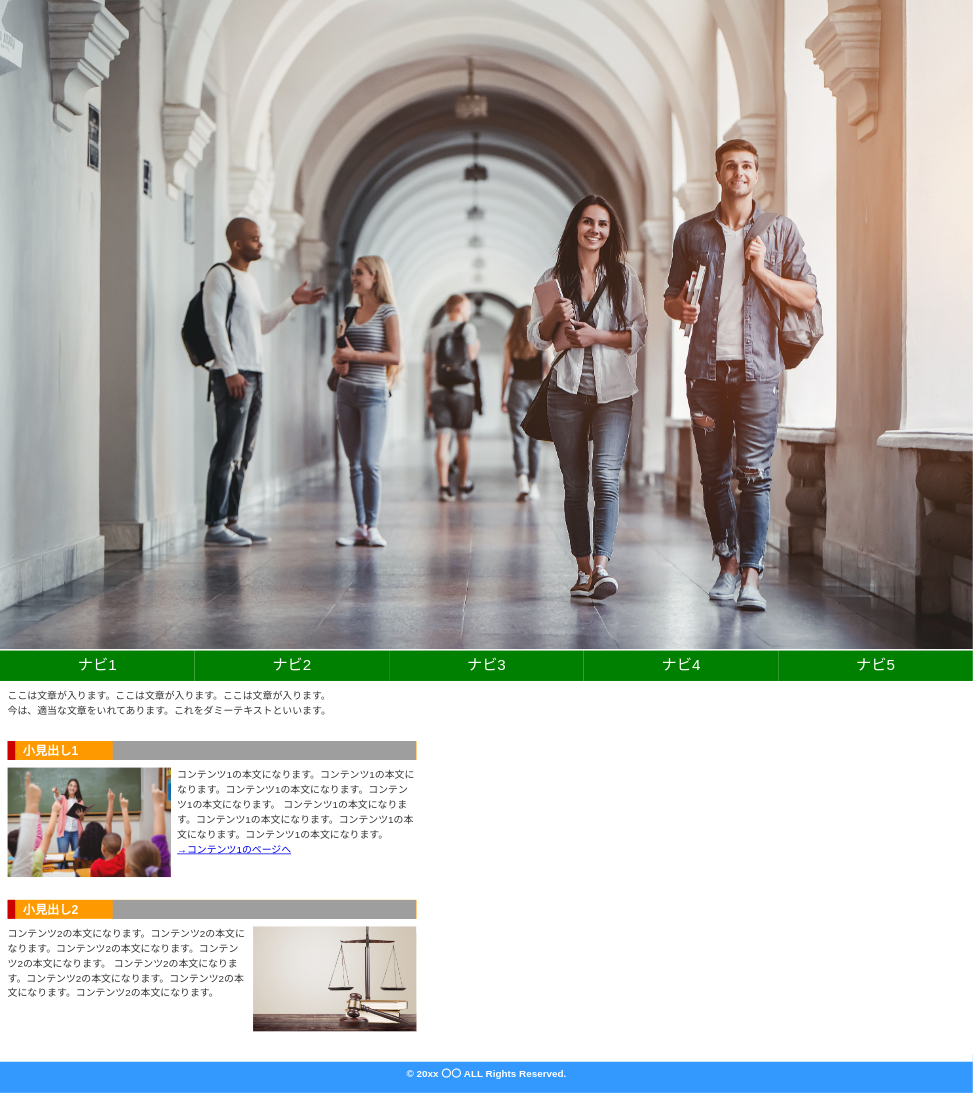
Repository: chiccha-ino/samurai_HTML-CSS
Page: home.html
The author's editor kept a record of every edit. The page is drawn from the files as they stood at one moment, then again after the next edit.
The browser window is 1280 px wide. The pictures show the whole page, at 76% of full size.
Pictures or frames that could not be fetched are drawn as grey boxes.

Above is the page before.

### home.html
<!DOCTYPE html>
<html lang="ja">
    <head>
        <meta charset="UTF-8">
        <title>HTML/CSSの学習</title>
        <link rel="stylesheet" href="stylesheet.css">
    </head>
    <body>
        <div id="header">
            <h1><a href="index.html"><img id="corridor" src="images/corridor.jpg" alt="大学の廊下" /></a></h1>
        </div>
        <div id="wrapper">
            <div id="nav">
                <ul>
                    <li><a href="home.html">ナビ1</a></li>
                    <li><a href="#">ナビ2</a></li>
                    <li><a href="#">ナビ3</a></li>
                    <li><a href="#">ナビ4</a></li>
                    <li><a href="#">ナビ5</a></li>
                </ul>
            </div>
            <div id="container">
                <div id="main">
                    <div class="post">
                        <p>ここは文章が入ります。ここは文章が入ります。ここは文章が入ります。<br />今は、適当な文章をいれてあります。これをダミーテキストといいます。</p>
                    </div>
                    <div class="post clearfix">
                        <h2>小見出し1</h2>
                        <img class="left" src="images/classroom.jpg" alt="授業風景" />
                        <p>
                            コンテンツ1の本文になります。コンテンツ1の本文になります。コンテンツ1の本文になります。コンテンツ1の本文になります。
                            コンテンツ1の本文になります。コンテンツ1の本文になります。コンテンツ1の本文になります。コンテンツ1の本文になります。
                        </p>
                        <p><a href="#">→コンテンツ1のページへ</a></p>
                    </div>
                    <div class="post clearfix">
                        <h2>小見出し2</h2>
                        <img class="right" src="images/scale.jpg" alt="天秤"/>
                        <p>
                            コンテンツ2の本文になります。コンテンツ2の本文になります。コンテンツ2の本文になります。コンテンツ2の本文になります。
                            コンテンツ2の本文になります。コンテンツ2の本文になります。コンテンツ2の本文になります。コンテンツ2の本文になります。
                        </p>
                    </div>

                </div>
            </div>
        </div>
        <div id="fotter">
            <p>&copy; 20xx 〇〇 ALL Rights Reserved.</p>
        </div>
    </body>
</html>

### stylesheet.css
@charset "utf-8";

body {
        margin: 0;
        padding: 0;
        font-family: "ヒラギノ角ゴ Pro W3", "Hiragino Kaku Gothic Pro", "メイリオ", Meiryo, Osaka, "ＭＳ Ｐゴシック", "MS PGothic", sans-serif;
	    color: #333;
        font-size: 13px;
        line-height: 150%;
}

/* ------------------------------------ wrapper ------------------------------------*/
#wrapper {
    width: 100%;
    margin: auto;
    margin-top: -10px;
    padding: 0px;
    border: 0px;
    background-color: #FFF;
    top: 10px;
    position: relative;
}

/* ------------------------------------ header ------------------------------------*/
#header {
    width: 100%;
}
#header h1 {
    margin: 0;
    padding: 0;
}

#corridor {
    width: 100%;
    height: auto;
}

/* ------------------------------------ fotter ------------------------------------*/
#fotter {
    clear: both;
    width: 100%;
    padding: 3px 0 3px 0;
    background: #39F;
    color: #FFF;
    font-weight: bold;
    text-align: center;
}
/* ------------------------------------ nav ------------------------------------*/
#nav {
    width: 100%;
}
#nav ul {
    display: flex;
    margin: 0;
    padding: 0;
    list-style-type: none;
}
#nav ul li {
    /*float: left;*/
    width: 20%;
    text-align: center;
}
#nav ul li a {
    display: block;
    height: 20px;
    margin: 0;
    padding: 10px;
    color: #FFF;
    font-size: 20px;
    text-decoration: none;
    background-color: green;
}

#nav ul li a:hover {
    filter: drop-shadow(10px 10px 10px black);
}

/* ------------------------------------ container ------------------------------------*/
#container {
    width: 100%;
    margin: auto ;
    padding: auto;
    padding-top: auto;
    clear: both;
    display: grid;
    grid-template-columns: 70vw 20vw;
}
/* ------------------------------------ main ------------------------------------*/
#main {
    float: left;
    width: 60%;
    padding: 10px 30px 10px 10px;
}
#main h2 {
    margin: 0 0 10px 0;
    padding: 3px 10px 3px 10px;
    color: #FFF;
    font-size: 16px;
    border-left: solid 10px #C00;
    background: #F90 url(../images/main_h2.jpg) right top repeat-y;
}
#main p {
    margin: 0;
    padding: 0;
}
#main .post {
    margin: 0 0 30px 0;
}

#main .post img.right {
    margin: 0 0 0 8px;
}
#main .post img.left {
    margin: 0 8px 0 0;
}

.right {
    float: right;
    width: 40%;
    height: auto;
}

.left {
    float: left;
    width: 40%;
    height: auto;
}

/* ------------------------------------ clearfix ------------------------------------*/
.clearfix {
    zoom: 1;
}

.clearfix:after{
    content: "";
    display: block;
    clear: both;
}
/* ------------------------------------ side ------------------------------------*/
#side {
    float: right;
    width: 30%;
    padding: 20px;
    background-color: #F99;
}
#side .box {
    margin: 0 auto 30px auto;
    padding: 0 0 20px 0;
    background: url(images/side_box.png) bottom no-repeat;
}
#side .box h2 {
    margin: 0;
    padding: 8px;
    text-align: center;
    color: #FFF;
    font-size: 16px;
    line-height: 16px;
    font-weight: normal;
    background: url(images/side_box_h2.png) center no-repeat;
}
#side .box .boxBody {
    padding: 8px;
    border-right: solid 1px #C36;
    border-bottom: solid 1px #C36;
    border-left: solid 1px #C36;
    background: #fff;
}
#side .box .boxBody ul li {
    padding: 8px 0 8px 4px;
    list-style: none;
    border-bottom: solid 1px #C36;
}

#side .box .boxBody ul li:hover {
    padding: 8px 0 8px 4px;
    list-style: none;
    border-bottom: solid 1px #C36;
    box-shadow: 0px 4px 4px rgba(0, 0, 0, 0.3);
}

After the next edit:
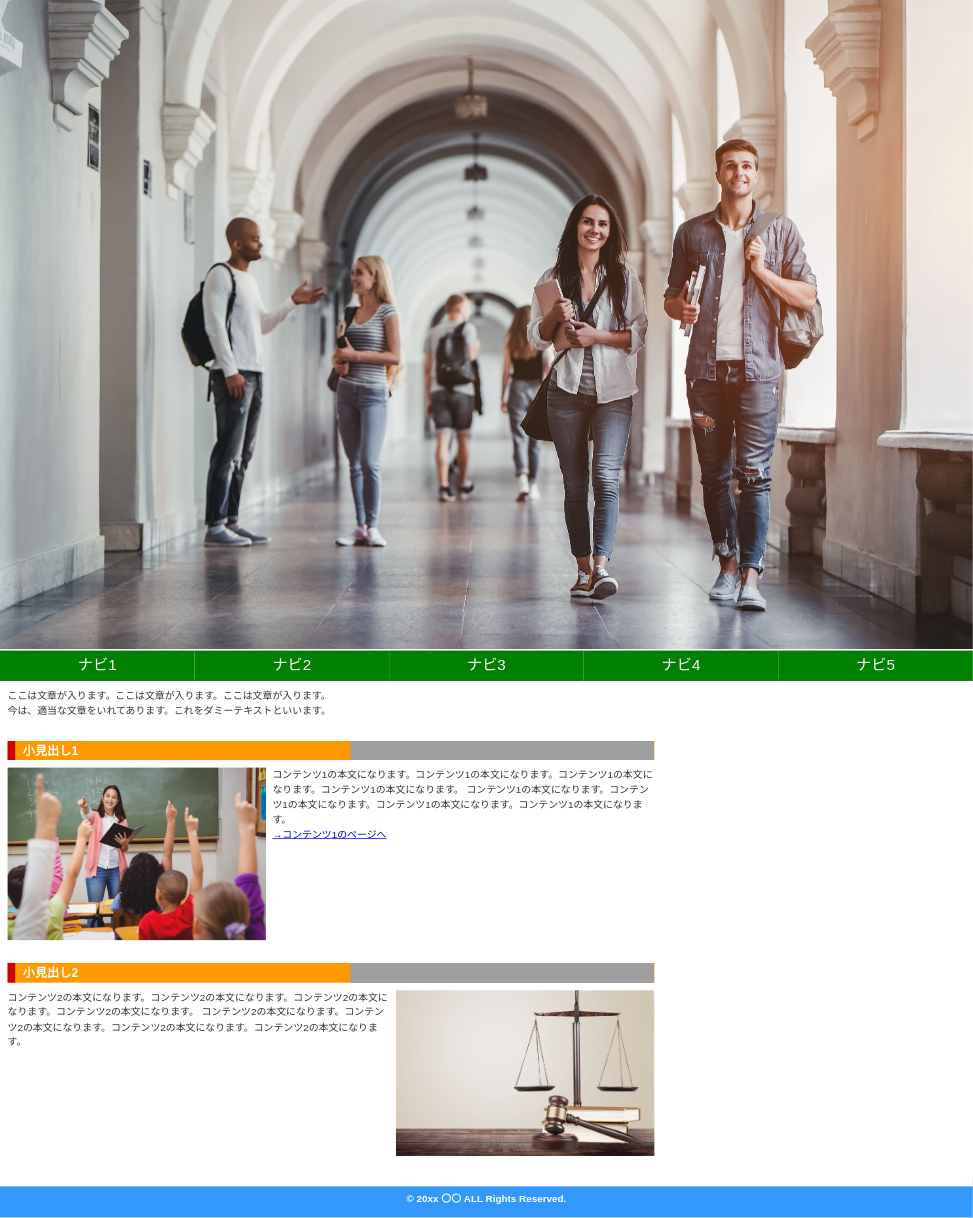
The edit:
--- a/stylesheet.css
+++ b/stylesheet.css
@@ -87,8 +87,9 @@
 }
 /* ------------------------------------ main ------------------------------------*/
 #main {
-    float: left;
-    width: 60%;
+    /*float: left;
+    width: 60%;*/
+    width: 95%;
     padding: 10px 30px 10px 10px;
 }
 #main h2 {
